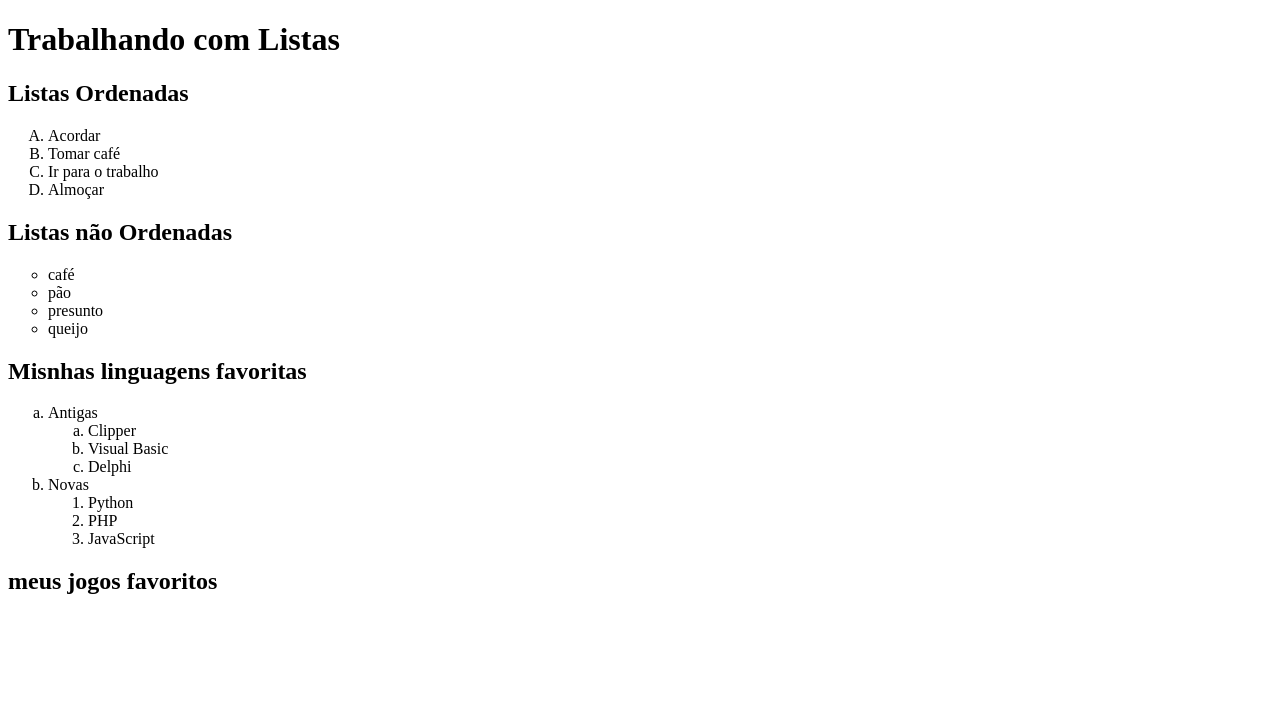
Repository: Iamjordana/html-css
Page: Html Css/Exercicios/ex009/index.html
These files come from the project's save history. The page is drawn as it stood at one moment and after the next save; the edit follows.
The browser window is 1280 px wide. The pictures show the whole page.

Above is the page before, as saved 2025-01-08 18:52:11.

### Html Css/Exercicios/ex009/index.html
<!DOCTYPE html>
<html lang="pt-br">
<head>
    <meta charset="UTF-8">
    <meta name="viewport" content="width=device-width, initial-scale=1.0">
    <title>Listas</title>
</head>
<body>
    <h1>Trabalhando com Listas</h1> <!--Lista Simples-->
    <h2>Listas Ordenadas</h2>
    <ol type="A"> <!--1 A a I i-->
        <li>Acordar</li>
        <li>Tomar café</li>
        <li>Ir para o trabalho</li>
        <li>Almoçar</li>
    </ol>

    <h2>Listas não Ordenadas</h2>
    <ul type = "Circle"> <!--Circle square disc-->
        <li>café</li>
        <li>pão</li>
        <li>presunto</li>
        <li>queijo</li>
    </ul>

<h2>Misnhas linguagens favoritas</h2>
<ol type="a">
    <li>Antigas</li>
    <ol type="a">
        <li>Clipper</li>
        <li>Visual Basic</li>
        <li>Delphi</li>
    </ol>
    <li>Novas </li>
    <ol type="1">
        <li>Python</li>
        <li>PHP</li>
        <li>JavaScript</li>
    </ol>
</ol>
<h2>meus jogos favoritos</h2>
<ol>

</body>
</html>

After the next save:
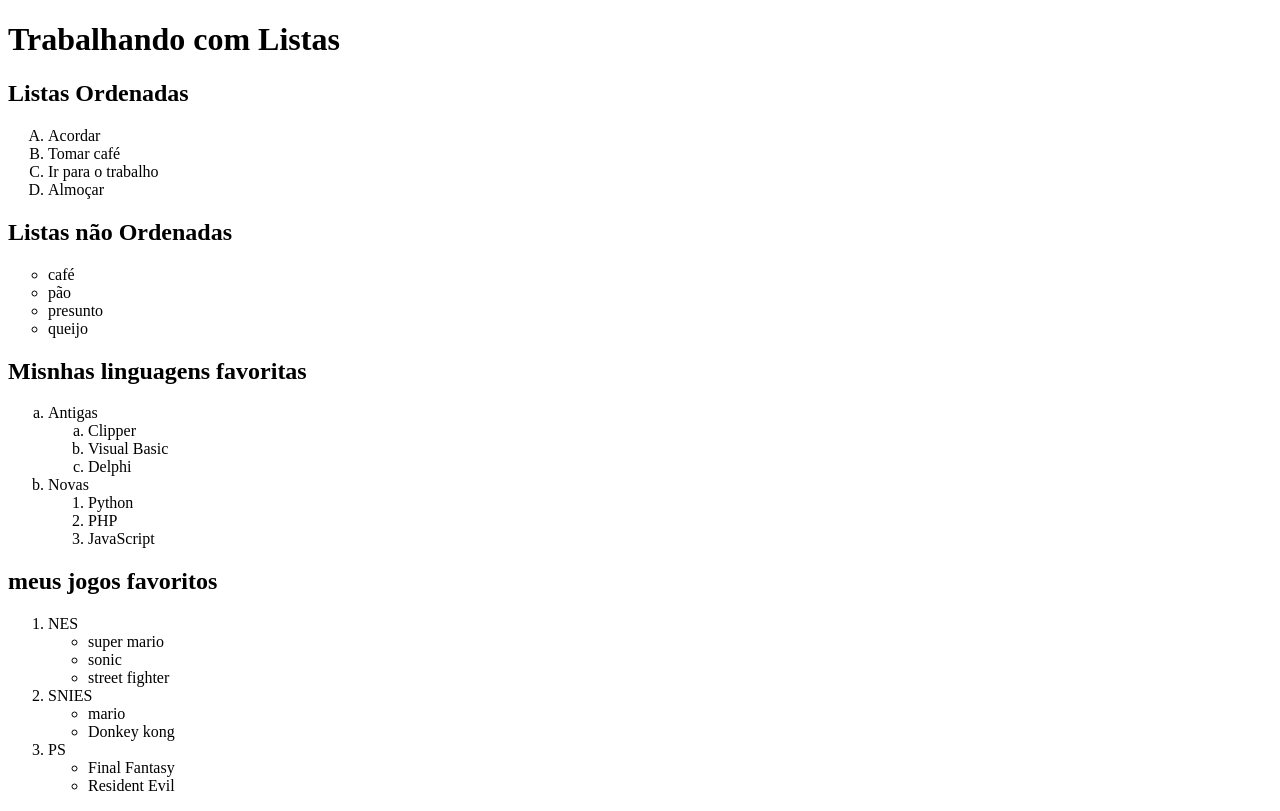
Saved 5 s later.
--- a/Html Css/Exercicios/ex009/index.html
+++ b/Html Css/Exercicios/ex009/index.html
@@ -41,5 +41,21 @@
 <h2>meus jogos favoritos</h2>
 <ol>
 
+    <li>NES</li>
+    <ul>
+        <li>super mario</li>
+        <li>sonic</li>
+        <li>street fighter</li>
+    </ul>
+        <li>SNIES</li>
+    <ul>
+        <li>mario</li>
+        <li>Donkey kong</li>
+    </ul>
+        <li>PS</li>
+    <ul>
+        <li>Final Fantasy</li>
+        <li>Resident Evil</li>
+    </ul>
 </body>
 </html>
